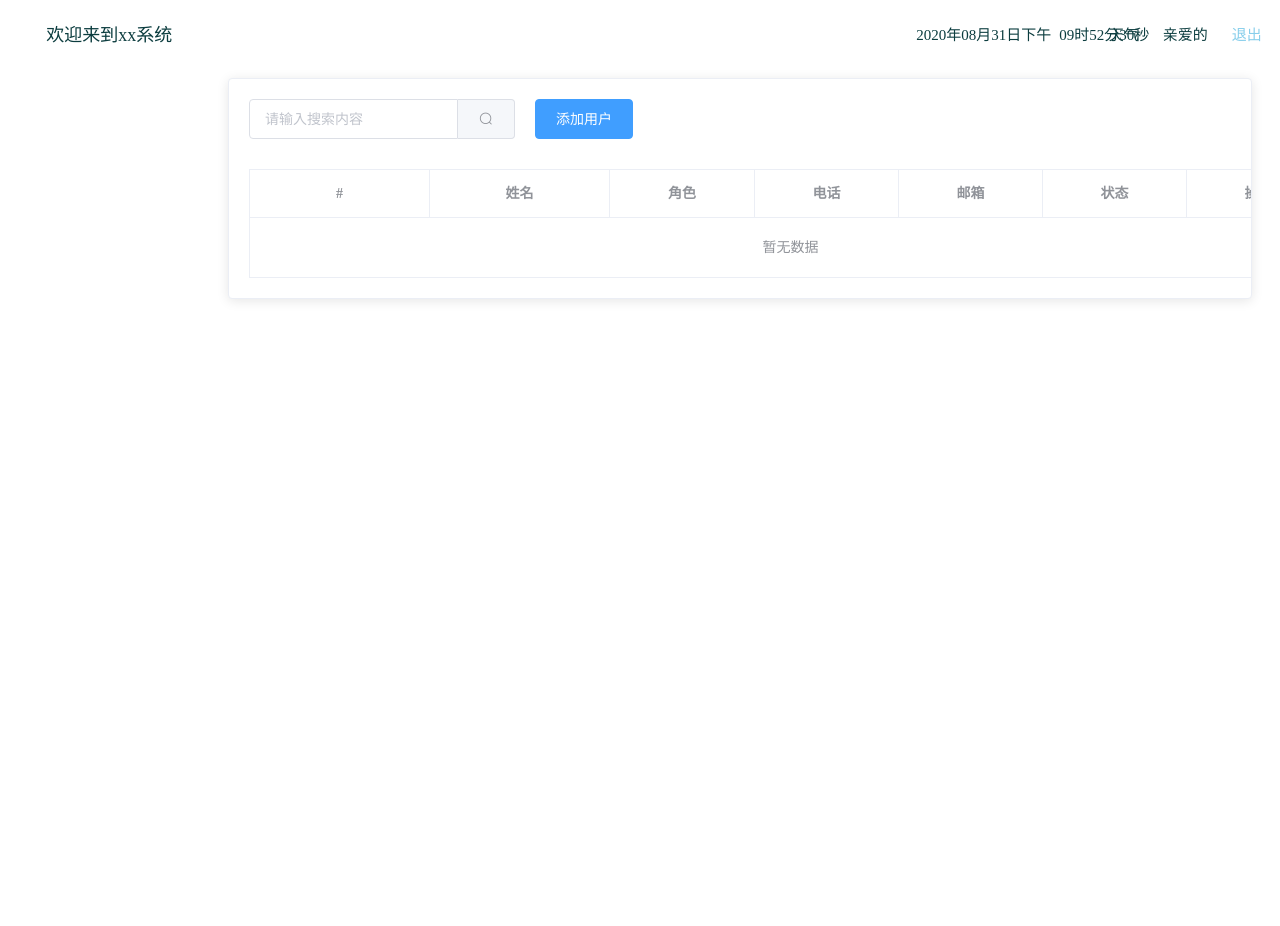
Repository: 2510699771/background-system
Page: /users/users
The author's editor kept a copy of each file at every save. The page is drawn from the files as they stood at one save, then again after a run of saves.
The browser window is 1280 px wide. The pictures show the whole page.
The page's requests for data from a server got no answer. The project was rebuilt for these pictures with package versions that can differ from the ones it lists, and the page was loaded fresh each time. No one was signed in, and anything a server would have sent is missing. Also part of the build but not shown: vue.config.js, src/views/Home.vue.

Above is the page before, as saved 2020-08-31 22:03:45.

After the next 3 saves:
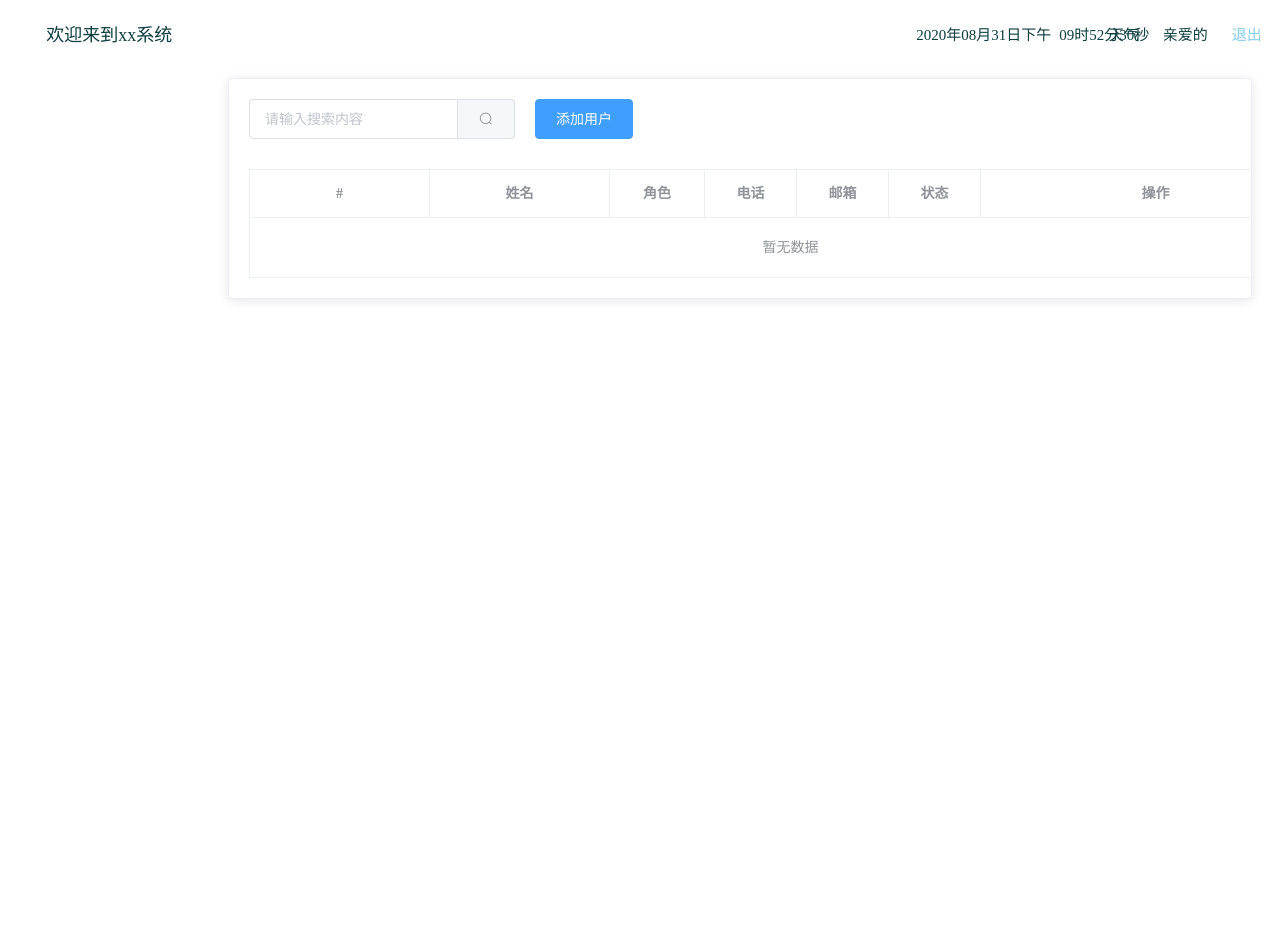
The 3 saves are shown as one change because they came seconds apart.
The last was saved 66 s later.
--- a/src/views/UserList/UserList.vue
+++ b/src/views/UserList/UserList.vue
@@ -24,7 +24,7 @@
               ></el-switch>
             </template>
           </el-table-column>
-          <el-table-column prop="address" label="操作" align="center" width="">
+          <el-table-column prop="address" label="操作" align="center" width="350px">
             <template slot-scope="scope">
               <el-button
                 type="primary"
